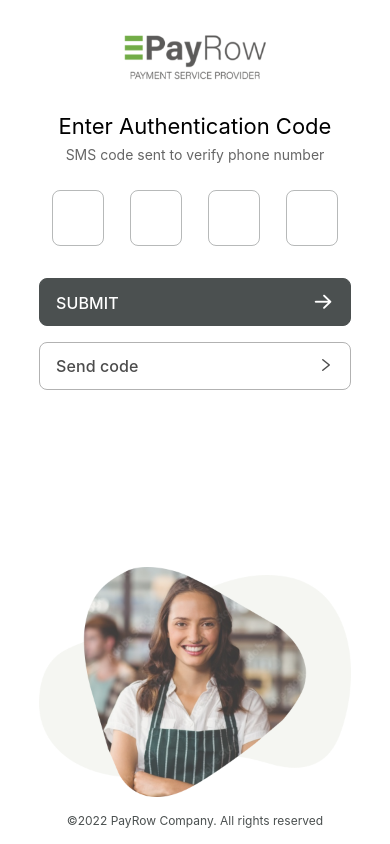
Repository: rishabh-critical-river/payrowios
Screen: /Create Account
The author's editor kept a copy of each file at every save. The screen is drawn from the files as they stood at one save, then again after the next save.
The app was drawn by React Native's web renderer in a window 390 px wide. The project was rebuilt for these pictures with package versions that can differ from the ones it lists, and the page was loaded fresh each time. Also part of the build but not shown: screens/home/HomeScreen.tsx, screens/home/HomeComponents/TapToPay.tsx, screens/home/HomeComponents/PaymentSummary.js, screens/home/HomeComponents/AddItem.js, screens/home/HomeComponents/TapCard.tsx, screens/home/HomeComponents/EnterPin.tsx, screens/home/HomeComponents/Confirmation.tsx, screens/home/HomeComponents/NewPayment.tsx and 37 more.

Above is the screen before, as saved 2023-07-28 22:30:24.

### App.tsx
import { NavigationContainer } from "@react-navigation/native";
import { createNativeStackNavigator } from "@react-navigation/native-stack";
import {
  StyleSheet,
  Text,
  View,
  SafeAreaView,
  Image,
  StatusBar,
} from "react-native";
import LanguageSelection from "./screens/onboarding/LanguageSelection";
import CreateAccount from "./screens/onboarding/CreateAccount";
import HomeScreen from "./screens/home/HomeScreen";
import TapToPay from "./screens/home/HomeComponents/TapToPay";
import AddItem from "./screens/home/HomeComponents/AddItem";
import TapCard from "./screens/home/HomeComponents/TapCard";
import EnterPin from "./screens/home/HomeComponents/EnterPin";
import Confirmation from "./screens/home/HomeComponents/Confirmation";
import NewPayment from "./screens/home/HomeComponents/NewPayment";
import Contact from "./screens/home/HomeComponents/contact";
import Refund from "./screens/home/HomeComponents/refund";
import OtpRefund from "./screens/home/HomeComponents/otpRefund";
import ProductSelection from "./screens/home/HomeComponents/productSelection";
import PaymentSummary from "./screens/home/HomeComponents/PaymentSummary";
import PaymentMode from "./screens/home/HomeComponents/paymentMode";
import PaymentHistory from "./screens/home/HomeComponents/PaymentHistory";
import HistoryMethods from "./screens/home/HomeComponents/historyMethods";
import DailyReport from "./screens/home/HomeComponents/DailyReport";
import MonthlyReport from "./screens/home/HomeComponents/MonthlyReport";
import AboutPayrow from "./screens/home/HomeComponents/AboutPayrow";
import CashReceivedMachine from "./screens/home/HomeComponents/CashReceivedMachine";
import InvoiceRecall from "./screens/home/HomeComponents/InvoiceRecall";
import PosAndRetail from "./screens/home/HomeComponents/PosAndRetail";
import SoftPos from "./screens/home/HomeComponents/SoftPos";
import PayByLink from "./screens/home/HomeComponents/PayByLink";
import PayByQrCode from "./screens/home/HomeComponents/PayByQrCode";

import PaymentGateWay from "./screens/home/HomeComponents/PaymentGateWay";
import Wps from "./screens/home/HomeComponents/Wps";
import Vat from "./screens/home/HomeComponents/Vat";
import Kvyc from "./screens/home/HomeComponents/Kvyc";
import BuyNowPayLater from "./screens/home/HomeComponents/BuyNowPayLater";
import Wallet from "./screens/home/HomeComponents/Wallet";
import PayRowPrepaids from "./screens/home/HomeComponents/PayRowPrepaid";
import Support from "./screens/home/HomeComponents/Support";
import NewComplain from "./screens/home/HomeComponents/NewComplain";
import RegisterComplain from "./screens/home/HomeComponents/RegisteredComplain";
import ContactUs from "./screens/home/HomeComponents/ContactUse";
import InvoiceRecalltwo from "./screens/home/HomeComponents/InvoiceRecalltwo";
import InvoiceRecallthree from "./screens/home/HomeComponents/InvoiceRecallthree";
import PaymentDetails from "./screens/home/HomeComponents/PaymentDetails";
import ConfirmationInvoice from "./screens/home/HomeComponents/ConfirmationInvoice";
import CashPay from "./screens/home/HomeComponents/CashPay";
import QRCode from "./screens/home/HomeComponents/QrCode";
import Login from "./screens/onboarding/login";
import CreatePin from "./screens/onboarding/Createpin";
import ReEnterPin from "./screens/onboarding/Reenterpin";
import EnterPins from "./screens/onboarding/Enterpin";
// import SoftPose from "./screens/home/HomeComponents/SoftPose";
const Stack = createNativeStackNavigator();

export default function App() {
  return (
    <SafeAreaView style={{ flex: 1, backgroundColor: "white" }}>
      <StatusBar barStyle="dark-content" />
      <NavigationContainer>
        <Stack.Navigator>
          <Stack.Screen
            name="selectLanaguage"
            component={LanguageSelection}
            options={{ headerShown: false }}
          />
          <Stack.Screen
            name="Login"
            component={Login}
            options={{ headerShown: false }}
          />
          <Stack.Screen
            name="CreatePin"
            component={CreatePin}
            options={{ headerShown: false }}
          />
          <Stack.Screen
            name="ReEnterPin"
            component={ReEnterPin}
            options={{ headerShown: false }}
          />
          <Stack.Screen
            name="EnterPin"
            component={EnterPin}
            options={{ headerShown: false }}
          />
          <Stack.Screen
            name="Create Account"
            component={CreateAccount}
            options={{ headerShown: false }}
          />
          <Stack.Screen
            name="HomeScreen"
            component={HomeScreen}
            options={{ headerShown: false }}
          />
          <Stack.Screen
            name="TapToPay"
            component={TapToPay}
            options={{ headerShown: false }}
          />
          <Stack.Screen
            name="AddItem"
            component={AddItem}
            options={{ headerShown: false }}
          />
          <Stack.Screen
            name="TapCard"
            component={TapCard}
            options={{ headerShown: false }}
          />
          <Stack.Screen
            name="EnterPins"
            component={EnterPins}
            options={{ headerShown: false }}
          />
          <Stack.Screen
            name="Confirmation"
            component={Confirmation}
            options={{ headerShown: false }}
          />
          <Stack.Screen
            name="NewPayment"
            component={NewPayment}
            options={{ headerShown: false }}
          />
          <Stack.Screen
            name="contact"
            component={Contact}
            options={{ headerShown: false }}
          />
          <Stack.Screen
            name="refund"
            component={Refund}
            options={{ headerShown: false }}
          />
          <Stack.Screen
            name="otpRefund"
            component={OtpRefund}
            options={{ headerShown: false }}
          />
          <Stack.Screen
            name="productSelection"
            component={ProductSelection}
            options={{ headerShown: false }}
          />
          <Stack.Screen
            name="paymentSummary"
            component={PaymentSummary}
            options={{ headerShown: false }}
          />
          <Stack.Screen
            name="paymentMode"
            component={PaymentMode}
            options={{ headerShown: false }}
          />
          <Stack.Screen
            name="paymentHistory"
            component={PaymentHistory}
            options={{ headerShown: false }}
          />
          <Stack.Screen
            name="historyMethods"
            component={HistoryMethods}
            options={{ headerShown: false }}
          />
          <Stack.Screen
            name="dailyReport"
            component={DailyReport}
            options={{ headerShown: false }}
          />
          <Stack.Screen
            name="monthlyReport"
            component={MonthlyReport}
            options={{ headerShown: false }}
          />
          <Stack.Screen
            name="aboutPayrow"
            component={AboutPayrow}
            options={{ headerShown: false }}
          />
          <Stack.Screen
            name="cashReceivedMachine"
            component={CashReceivedMachine}
            options={{ headerShown: false }}
          />
          <Stack.Screen
            name="invoiceRecall"
            component={InvoiceRecall}
            options={{ headerShown: false }}
          />
          <Stack.Screen
            name="posandretail"
            component={PosAndRetail}
            options={{ headerShown: false }}
          />
          <Stack.Screen
            name="softpos"
            component={SoftPos}
            options={{ headerShown: false }}
          />
          <Stack.Screen
            name="paybylink"
            component={PayByLink}
            options={{ headerShown: false }}
          />
          <Stack.Screen
            name="paybyqrcode"
            component={PayByLink}
            options={{ headerShown: false }}
          />
          <Stack.Screen
            name="paymentgateway"
            component={PaymentGateWay}
            options={{ headerShown: false }}
          />
          <Stack.Screen
            name="wps"
            component={Wps}
            options={{ headerShown: false }}
          />
          <Stack.Screen
            name="vat"
            component={Vat}
            options={{ headerShown: false }}
          />

          <Stack.Screen
            name="kvyc"
            component={Kvyc}
            options={{ headerShown: false }}
          />
          <Stack.Screen
            name="buynowpaylater"
            component={BuyNowPayLater}
            options={{ headerShown: false }}
          />
          <Stack.Screen
            name="registercomplain"
            component={RegisterComplain}
            options={{ headerShown: false }}
          />
          <Stack.Screen
            name="wallet"
            component={Wallet}
            options={{ headerShown: false }}
          />
          <Stack.Screen
            name="payrowprepaid"
            component={PayRowPrepaids}
            options={{ headerShown: false }}
          />
          <Stack.Screen
            name="paymentdetails"
            component={PaymentDetails}
            options={{ headerShown: false }}
          />
          <Stack.Screen
            name="support"
            component={Support}
            options={{ headerShown: false }}
          />
          {/* <Stack.Screen
            name="softpose"
            payrowprepaid
            component={SoftPose}
            options={{ headerShown: false }}

          /> */}
          <Stack.Screen
            name="newcomplain"
            component={NewComplain}
            options={{ headerShown: false }}
          />
          <Stack.Screen
            name="contactus"
            component={ContactUs}
            options={{ headerShown: false }}
          />
          <Stack.Screen
            name="Recallss"
            component={InvoiceRecalltwo}
            options={{ headerShown: false }}
          />
          <Stack.Screen
            name="InvoiceRecallthree"
            component={InvoiceRecallthree}
            options={{ headerShown: false }}
          />
          <Stack.Screen
            name="ConfirmationInvoice"
            component={ConfirmationInvoice}
            options={{ headerShown: false }}
          />
          <Stack.Screen
            name="cashPay"
            component={CashPay}
            options={{ headerShown: false }}
          />

          <Stack.Screen
            name="QrCode"
            component={PayByQrCode}
            options={{ headerShown: false }}
          />
          <Stack.Screen
            name="QrCodePay"
            component={QRCode}
            options={{ headerShown: false }}
          />
        </Stack.Navigator>
      </NavigationContainer>
    </SafeAreaView>
  );
}

### screens/onboarding/LanguageSelection.tsx
import React from "react";
import { StatusBar } from "expo-status-bar";
import { NavigationContainer } from "@react-navigation/native";
import { createNativeStackNavigator } from "@react-navigation/native-stack";
import {
  StyleSheet,
  Text,
  View,
  SafeAreaView,
  Image,
  Button,
  TouchableOpacity,
} from "react-native";
import { AntDesign } from "@expo/vector-icons";
function LanguageSelection({ navigation }: any) {
  return (
    <>
      <View style={styles.container}>
        <Image
          source={require("../../src/Images/payrowLogo.png")}
          style={styles.logo}
        />
        <View
          style={{
            position: "absolute",
            right: 0,
            top: 76,
          }}
        >
          <View
            style={{
              marginLeft: "auto",
              borderWidth: 1,
              borderColor: "#F1F7ED",
              marginBottom: 7.5,

              backgroundColor: "#F1F7ED",
              borderRadius: 1,
              width: 40,
              height: 11.67,
            }}
          />
          <View
            style={{
              marginLeft: "auto",
              borderWidth: 1,
              borderColor: "#F1F7ED",
              marginBottom: 7.5,
              backgroundColor: "#F1F7ED",
              borderRadius: 1,

              width: 40,
              height: 11.67,
            }}
          />
          <View
            style={{
              marginLeft: "auto",
              borderWidth: 1,
              borderColor: "#F1F7ED",

              backgroundColor: "#F1F7ED",
              borderRadius: 1,

              width: 40,
              height: 11.67,
            }}
          />
        </View>
        <Image
          source={require("../../src/Images/getStarted.png")}
          style={{
            width: 312,
            height: 230,
            alignSelf: "center",
            marginTop: 40,
          }}
        />
        <Text
          style={{
            fontSize: 22,
            fontWeight: "700",
            color: "#4C4C4C",
            lineHeight: 28,
            textAlign: "center",
            marginTop: 38,
          }}
        >
          Ultimate Fintech Partner
        </Text>
        <Text
          style={{
            fontSize: 14,
            fontWeight: "400",
            lineHeight: 20,
            marginLeft: 54,
            marginRight: 54,
            textAlign: "center",
            marginTop: 16,
            color: "#666666",
            letterSpacing: 0.25,
          }}
        >
          Together we support Go-Green & Cashless Strategy
        </Text>
      </View>
      <View style={{ backgroundColor: "white" }}>
        <TouchableOpacity
          style={styles.button}
          onPress={() => {
            navigation.navigate("Login");
          }}
        >
          <View
            style={{
              borderWidth: 1,

              borderColor: "#4B5050",
              backgroundColor: "#4B5050",
              borderRadius: 8,
              marginBottom: 16,
              width: 328,
              height: 48,
              justifyContent: "center",
            }}
          >
            <View style={{ flexDirection: "row" }}>
              <Text
                style={{
                  fontSize: 16,
                  paddingLeft: 16,
                  fontWeight: "500",
                  lineHeight: 24,
                  justifyContent: "center",
                  color: "white",
                  letterSpacing: 0.1,
                  flex: 1,
                }}
              >
                Get Started
              </Text>
              <View
                style={{
                  justifyContent: "center",
                  alignItems: "center",
                  marginRight: 16,
                }}
              >
                <AntDesign name="arrowright" size={24} color="white" />
              </View>
            </View>
          </View>
        </TouchableOpacity>
        <Text
          style={{
            fontSize: 12,
            backgroundColor: "white",
            color: "#7f7f7f",
            textAlign: "center",
            paddingBottom: 15,
          }}
        >
          ©2022 PayRow Company. All rights reserved
        </Text>
      </View>
    </>
  );
}

export default LanguageSelection;
const styles = StyleSheet.create({
  container: {
    display: "flex",
    flex: 1,
    backgroundColor: "white",
  },
  logo: {
    width: 150,
    height: 48.3,
    alignSelf: "center",
    marginTop: 33,
  },
  selectLanguage: {
    width: 163,
    height: 28,
    fontSize: 17,

    color: "#333333",
    fontWeight: "400",
    marginTop: 24.47,
    alignSelf: "center",
  },
  languageText: {
    fontSize: 14,
    paddingLeft: 16,
    fontWeight: "500",
    lineHeight: 20,
    justifyContent: "center",
    color: "#4B5050CC",
  },
  languages: {
    flexDirection: "column",

    justifyContent: "space-between",
    alignItems: "center",
  },
  text: {
    width: 303,
    height: 20,
    fontSize: 14,
    lineHeight: 14,
    fontWeight: "400",
    color: "#4B5050",
    textAlign: "center",
    marginTop: 6,
    alignSelf: "center",
    marginBottom: 15,
  },
  shadowProp: {
    shadowColor: "#171717",
    shadowOffset: { width: -2, height: 4 },
    shadowOpacity: 0.2,
    shadowRadius: 3,
  },
  box: {
    display: "flex",
    borderWidth: 1,
    borderColor: "#4B505033",
    backgroundColor: "#ffffff",
    borderRadius: 8,
    marginBottom: 15,
    width: 328,
    height: 48,
    justifyContent: "center",
  },
  button: {
    alignSelf: "center",
    color: "#4B5050",

    padding: 10,
    fontSize: 20,
    height: 48,
    width: 328,
    cursor: "pointer",
    borderRadius: 70,
    justifyContent: "center",
    alignItems: "center",
    marginBottom: 15,
  },
  arrow: {
    display: "flex",
    position: "relative",
    borderWidth: 1,
    borderColor: "white",
    width: 40,
    height: 5,
    backgroundColor: "white",
  },
  arrowTriangle: {
    display: "flex",
    borderWidth: 1,
    position: "absolute",
    width: 20,
    height: 5,
    borderColor: "white",
    backgroundColor: "white",
    borderTopWidth: 1,
    borderRightWidth: 1,
    transform: [{ rotate: "45deg" }],
    right: 9,
    top: 19,
  },
  arrowTriangleRight: {
    display: "flex",
    borderWidth: 1,
    position: "absolute",
    width: 20,
    height: 5,
    borderColor: "white",
    backgroundColor: "white",
    borderTopWidth: 1,
    borderLeftWidth: 1,
    transform: [{ rotate: "-45deg" }],
    right: 9,
    top: 36,
  },
});

### screens/onboarding/CreateAccount.js
import { AntDesign } from "@expo/vector-icons";
import React, { useRef } from "react";
import {
  StyleSheet,
  Text,
  View,
  SafeAreaView,
  Image,
  Button,
  TextInput,
  TouchableOpacity,
  Keyboard,
} from "react-native";

function CreateAccount({ navigation }) {
  const et1 = useRef();
  const et2 = useRef();
  const et3 = useRef();
  const et4 = useRef();
  return (
    <>
      <View style={styles.container}>
        <Image
          source={require("../../src/Images/payrowLogo.png")}
          style={styles.logo}
        />
        <Text
          style={{
            marginTop: 30.47,
            fontSize: 22,
            fontWeight: "400",
            lineHeight: 28,
            alignSelf: "center",
          }}
        >
          Enter Authentication Code
        </Text>
        <View
          style={{
            width: "100%",
            height: 20,
            marginTop: 6,

            alignSelf: "center",
          }}
        >
          <Text style={{ alignSelf: "center", color: "#666666" }}>
            SMS code sent to verify phone number
          </Text>
        </View>
        <View
          style={{
            flexDirection: "row",
            justifyContent: "space-between",
            marginLeft: 52,
            marginRight: 52,
            marginTop: 24,
          }}
        >
          <TextInput
            secureTextEntry={true}
            ref={et1}
            style={styles.box}
            keyboardType="number-pad"
            maxLength={1}
            onChangeText={(text) => {
              if (text.length >= 1) {
                et2.current.focus();
              }
            }}
          />
          <TextInput
            secureTextEntry={true}
            ref={et2}
            style={styles.box}
            keyboardType="number-pad"
            maxLength={1}
            onChangeText={(text) => {
              if (text.length >= 1) {
                et3.current.focus();
              } else if (text.length < 1) {
                et1.current.focus();
              }
            }}
          />
          <TextInput
            secureTextEntry={true}
            ref={et3}
            style={styles.box}
            keyboardType="number-pad"
            maxLength={1}
            onChangeText={(text) => {
              if (text.length >= 1) {
                et4.current.focus();
              } else if (text.length < 1) {
                et2.current.focus();
              }
            }}
          />
          <TextInput
            secureTextEntry={true}
            ref={et4}
            style={styles.box}
            keyboardType="number-pad"
            maxLength={1}
            onChangeText={(text) => {
              if (text.length < 1) {
                et3.current.focus();
              } else {
                Keyboard.dismiss();
              }
            }}
          />
        </View>
        <TouchableOpacity
          style={styles.goToSummaryButton}
          onPress={() => {
            navigation.navigate("AddItem");
          }}
        >
          <View style={styles.buttonContent}>
            <Text
              style={styles.buttonText}
              onPress={() => {
                navigation.navigate("CreatePin");
              }}
            >
              SUBMIT
            </Text>
            <View style={styles.arrowIcon}>
              <AntDesign name="arrowright" size={22} color="white" />
            </View>
          </View>
        </TouchableOpacity>

        <TouchableOpacity
          style={styles.resendCode}
          onPress={() => {
            navigation.navigate("");
          }}
        >
          <View
            style={{
              borderWidth: 0.5,
              borderColor: "#B2B2B2",
              borderRadius: 8,
              backgroundColor: "#FFFFFF",

              height: 48,
              justifyContent: "center",
            }}
          >
            <View style={{ flexDirection: "row" }}>
              <Text
                style={{
                  fontSize: 16,
                  paddingLeft: 16,
                  fontWeight: "500",
                  lineHeight: 24,
                  justifyContent: "center",
                  color: "#4C4C4C",
                  letterSpacing: 0.1,
                  flex: 1,
                }}
              >
                Send code
              </Text>
              <View
                style={{
                  justifyContent: "center",
                  alignItems: "center",
                  marginRight: 16,
                }}
              >
                <View
                  style={{
                    flexDirection: "row",
                    alignItems: "center",
                  }}
                >
                  <AntDesign name="right" size={16} color="#4C4C4C" />
                </View>
              </View>
            </View>
          </View>
        </TouchableOpacity>
      </View>
      <View style={{ backgroundColor: "white" }}>
        <Image
          source={require("../../src/Images/getStarted.png")}
          style={{
            width: 312,
            height: 230,
            alignSelf: "center",
            marginTop: 36,
            marginBottom: 16,
          }}
        />

        <Text
          style={{
            fontSize: 12,
            backgroundColor: "white",
            color: "#4B5050",
            textAlign: "center",
            paddingBottom: 16,
          }}
        >
          ©2022 PayRow Company. All rights reserved
        </Text>
      </View>
    </>
  );
}
const styles = StyleSheet.create({
  container: {
    flex: 1,
    backgroundColor: "white",
    display: "flex",
    flexDirection: "column",
  },
  logo: {
    width: 150,
    height: 48.53,
    alignSelf: "center",
    marginTop: 33,
  },
  rightPin: {
    flex: 1,
    justifyContent: "center",
    alignItems: "center",
    textAlign: "center",
  },
  leftPin: {
    justifyContent: "center",
    alignItems: "center",
    backgroundColor: "#D3D3D3",
    borderTopEndRadius: 10,
    borderBottomEndRadius: 10,
    paddingLeft: 10,
    paddingRight: 10,
  },
  horizontal: {
    flexDirection: "row",
    alignItems: "center",
    justifyContent: "center",
  },
  horizontalOr: {
    paddingLeft: 5,
    paddingRight: 5,
    marginTop: 18,
    marginBottom: 18,
  },
  horizontalLine: {
    borderBottomColor: "#D3D3D3",
    width: 105,
    borderBottomWidth: 1,
    marginTop: 10,
    marginBottom: 10,
    alignSelf: "center",
  },
  url: {
    alignSelf: "center",
    marginTop: 10,
    marginBottom: 10,
  },
  fingerprint: {
    width: 100,
    height: 100,
    alignSelf: "center",
    marginTop: 70,
    marginBottom: 10,
  },
  verticalLine: {
    borderBottomColor: "#D3D3D3",
    color: "black",
    width: 15,
    transform: [{ rotate: "90deg" }],
    borderBottomWidth: 1,
    marginTop: 10,
    marginBottom: 10,
    alignSelf: "center",
  },

  languageText: {
    fontSize: 16,
    justifyContent: "center",
    color: "##838c95",
    alignItems: "center",
  },
  languages: {
    flexDirection: "column",

    justifyContent: "space-between",
    alignItems: "center",
  },
  text: {
    fontSize: 15,
    textAlign: "center",
    marginTop: 20,
    marginBottom: 15,
  },
  box: {
    display: "flex",
    flexDirection: "row",
    textAlign: "center",
    borderWidth: 1,
    borderColor: "#4B505066",
    borderRadius: 8,

    width: 52,
    height: 56,
  },
  button: {
    marginLeft: 165,
    marginTop: 34,
    color: "black",
    padding: 10,
    fontSize: 20,
    height: 60,
    width: 60,
    cursor: "pointer",
    borderRadius: 70,
    justifyContent: "center",
    alignItems: "center",
  },
  button2: {
    marginLeft: 165,
    marginTop: 5,

    padding: 10,
    fontSize: 20,
    height: 60,
    width: 60,
    cursor: "pointer",
    borderRadius: 70,
    justifyContent: "center",
    alignItems: "center",
  },
  arrow: {
    display: "flex",
    position: "relative",
    borderWidth: 1,
    borderColor: "white",
    width: 40,
    height: 5,
    backgroundColor: "white",
  },
  arrowTriangle: {
    display: "flex",
    borderWidth: 1,
    position: "absolute",
    width: 20,
    height: 5,
    borderColor: "white",
    backgroundColor: "white",
    borderTopWidth: 1,
    borderRightWidth: 1,
    transform: [{ rotate: "45deg" }],
    right: 9,
    top: 19,
  },
  arrowTriangleRight: {
    display: "flex",
    borderWidth: 1,
    position: "absolute",
    width: 20,
    height: 5,
    borderColor: "white",
    backgroundColor: "white",
    borderTopWidth: 1,
    borderLeftWidth: 1,
    transform: [{ rotate: "-45deg" }],
    right: 9,
    top: 36,
  },
  goToSummaryButton: {
    alignSelf: "center",
    marginTop: 32,
    width: "80%",
  },
  resendCode: {
    alignSelf: "center",
    marginTop: 16,
    width: "80%",
  },
  buttonText: {
    fontSize: 16,
    paddingLeft: 16,
    paddingTop: 12,
    fontWeight: "500",
    lineHeight: 24,
    justifyContent: "center",
    color: "white",
    letterSpacing: 0.1,
    flex: 1,
  },
  arrowIcon: {
    justifyContent: "center",
    alignItems: "center",
    marginRight: 16,
  },

  buttonContent: {
    borderWidth: 0.6,
    borderColor: "#4B5050",
    backgroundColor: "#4B5050",
    borderRadius: 8,

    height: 48,
    width: "100%",
    justifyContent: "center",
    flexDirection: "row",
  },
});

export default CreateAccount;

After the next save:
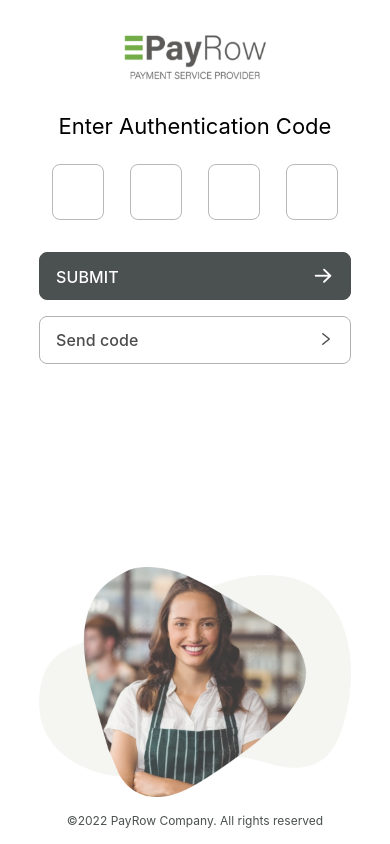
Saved 17 s later.
--- a/screens/onboarding/CreateAccount.js
+++ b/screens/onboarding/CreateAccount.js
@@ -35,7 +35,7 @@ function CreateAccount({ navigation }) {
         >
           Enter Authentication Code
         </Text>
-        <View
+        {/* <View
           style={{
             width: "100%",
             height: 20,
@@ -47,7 +47,7 @@ function CreateAccount({ navigation }) {
           <Text style={{ alignSelf: "center", color: "#666666" }}>
             SMS code sent to verify phone number
           </Text>
-        </View>
+        </View> */}
         <View
           style={{
             flexDirection: "row",
